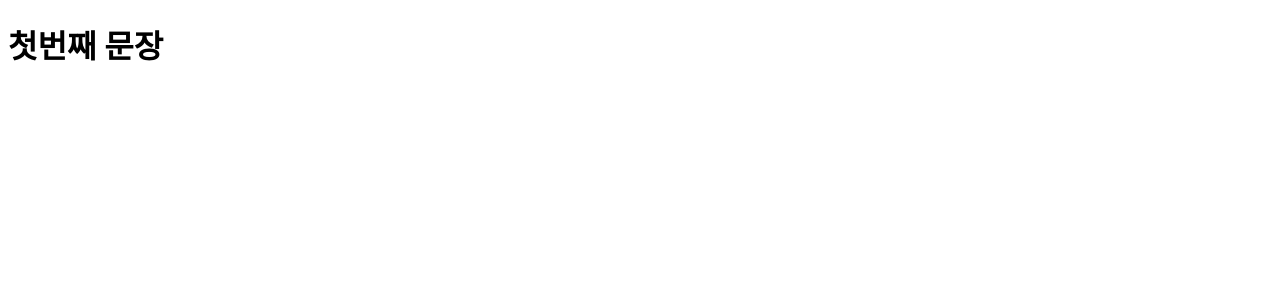
Repository: dhfkdlxm/Lecture-Web
Page: Lecture-Web/WebContent/jquery/exam10.html
The author's editor kept a copy of each file at every save. The page is drawn from the files as they stood at one save, then again after the next save.
The browser window is 1280 px wide. The pictures show the whole page.

Above is the page before, as saved 2021-06-17 02:31:19.

### Lecture-Web/WebContent/jquery/exam10.html
<!DOCTYPE html>
<html>
<head>
<meta charset="UTF-8">
<title>Insert title here</title>
<script type="text/javascript" src="js/jquery-3.6.0.min.js"></script>
<script type="text/javascript">
$(document).ready(function(){
	//3초동안 첫번째 문장이 화면에 보여진후 "complete"내용의 경고창을 보여주기!
})
</script>
</head>
<body>
<h1>첫번째 문장</h1>
</body>
</html>

Loaded but not shown: Lecture-Web/WebContent/jquery/js/jquery-3.6.0.min.js (library)

After the next save:
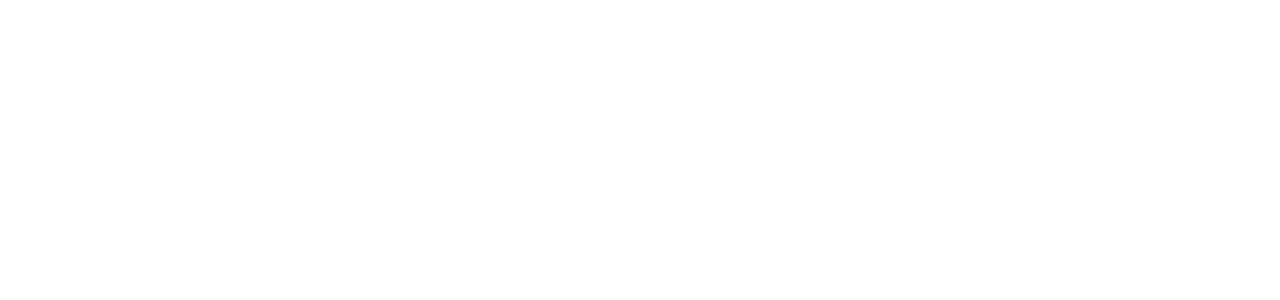
Saved 28 s later.
--- a/Lecture-Web/WebContent/jquery/exam10.html
+++ b/Lecture-Web/WebContent/jquery/exam10.html
@@ -3,10 +3,17 @@
 <head>
 <meta charset="UTF-8">
 <title>Insert title here</title>
+<style type="text/css">
+h1{
+display : none;
+}
+</style>
 <script type="text/javascript" src="js/jquery-3.6.0.min.js"></script>
 <script type="text/javascript">
 $(document).ready(function(){
 	//3초동안 첫번째 문장이 화면에 보여진후 "complete"내용의 경고창을 보여주기!
+
+
 })
 </script>
 </head>

After the save that followed:
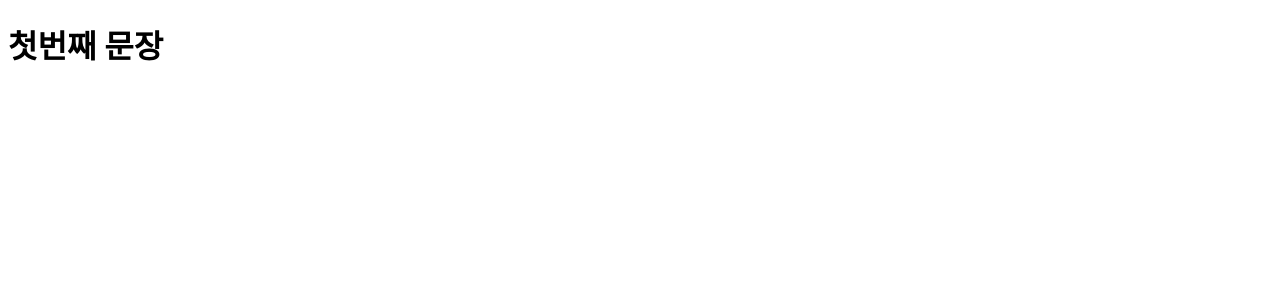
Saved 20 s later.
--- a/Lecture-Web/WebContent/jquery/exam10.html
+++ b/Lecture-Web/WebContent/jquery/exam10.html
@@ -12,8 +12,7 @@
 <script type="text/javascript">
 $(document).ready(function(){
 	//3초동안 첫번째 문장이 화면에 보여진후 "complete"내용의 경고창을 보여주기!
-
-
+	$('h1').slideDown(3000)
 })
 </script>
 </head>
